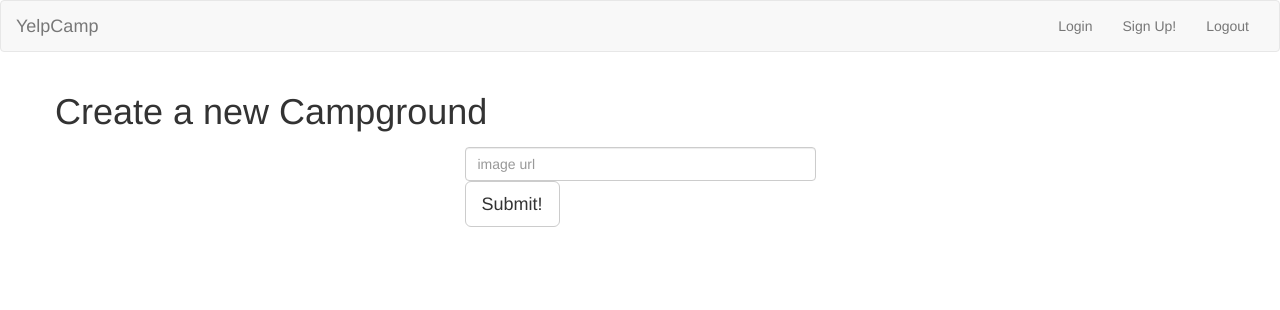
Repository: karanagg262/The-Web-Development-Bootcamp
Page: http://localhost/campgrounds/new
The author's editor kept a record of every edit. The page is drawn from the files as they stood at one moment, then again after the next edit.
The browser window is 1280 px wide. The pictures show the whole page.
The page is served by the project's Node server (yelpcamp/v1/app.js).

Above is the page before.

### Backend and full scale projects/yelpcamp/v1/views/new.ejs
<%- include("partials/header") %>
<div class="container">
    <div class="row">
        <h1>Create a new Campground</h1>
        <div style="width: 30%; margin: 0 auto;">
            <form action="/campgrounds" method="POST">
            <div class="form-group">

            </div>

            <input class="form-control" type="text" name="image" placeholder="image url">
            <button class="btn btn-lg btn-default">Submit!</button>
        </div>

</form>

    </div>
</div>
<%- include("partials/footer") %>

### Backend and full scale projects/yelpcamp/v1/views/partials/header.ejs
<!DOCTYPE html>
<html>
    <head>
        <title>Yelpcamp</title>
        <link rel="stylesheet" href="https://maxcdn.bootstrapcdn.com/bootstrap/3.3.5/css/bootstrap.min.css">
    </head>
    <body>

        <nav class="navbar navbar-default">
            <div class="container-fluid">
                <div class="navbar-header">
                    <a class="navbar-brand" href="/">YelpCamp</a>
                </div>
                <div class="collapse navbar-collapse">
                    <ul class="nav navbar-nav navbar-right">
                        <li><a href="/">Login</a></li>
                        <li><a href="/">Sign Up!</a></li>
                        <li><a href="/">Logout</a></li>
                    </ul>
                </div>
            </div>
        </nav>

### Backend and full scale projects/yelpcamp/v1/views/partials/footer.ejs

    </body>
</html>

### Backend and full scale projects/yelpcamp/v1/app.js
var express = require("express");
var app = express();
var bodyparser = require("body-parser");

app.use(bodyparser.urlencoded({extended: true}));

app.set("view engine", "ejs");
var campgrounds = [
        {name: "Salmon Creek", image: "https://farm9.staticflickr.com/8442/7962474612_bf2baf67c0.jpg"},
        {name: "Granite Hill", image: "https://farm1.staticflickr.com/60/215827008_6489cd30c3.jpg"},
        {name: "Mountain Goat's Rest", image: "https://farm7.staticflickr.com/6057/6234565071_4d20668bbd.jpg"},
        {name: "Salmon Creek", image: "https://farm9.staticflickr.com/8442/7962474612_bf2baf67c0.jpg"},
        {name: "Granite Hill", image: "https://farm1.staticflickr.com/60/215827008_6489cd30c3.jpg"},
        {name: "Mountain Goat's Rest", image: "https://farm7.staticflickr.com/6057/6234565071_4d20668bbd.jpg"},
        {name: "Salmon Creek", image: "https://farm9.staticflickr.com/8442/7962474612_bf2baf67c0.jpg"},
        {name: "Granite Hill", image: "https://farm1.staticflickr.com/60/215827008_6489cd30c3.jpg"},
        {name: "Mountain Goat's Rest", image: "https://farm7.staticflickr.com/6057/6234565071_4d20668bbd.jpg"}
];

app.get("/", function(req, res){
   res.render("landing")
});

app.get("/campgrounds", function(req,res){
       res.render("campgrounds", {campgrounds, campgrounds});
});

app.post("/campgrounds", function(req, res){
    var name = req.body.name;
    var image = req.body.image;
    var newcamp = {name: name, image: image}
    campgrounds.push(newcamp);
    //res.send("You hit the butt");
    res.redirect("/campgrounds");
});

app.get("/campgrounds/new", function(req, res) {
    res.render("new.ejs");
})

app.listen(process.env.PORT, process.env.IP, function(){
    console.log("Yelp Camp Started");
});

After the next edit:
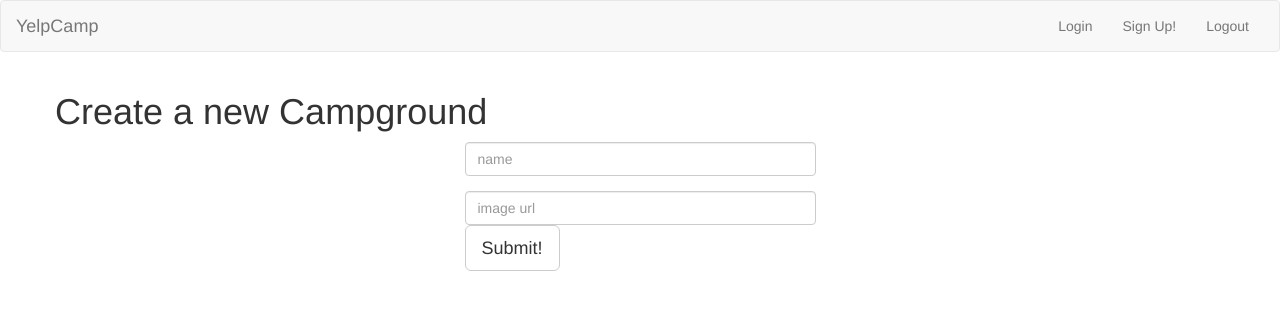
The edit:
--- a/Backend and full scale projects/yelpcamp/v1/views/new.ejs
+++ b/Backend and full scale projects/yelpcamp/v1/views/new.ejs
@@ -5,7 +5,7 @@
         <div style="width: 30%; margin: 0 auto;">
             <form action="/campgrounds" method="POST">
             <div class="form-group">
-
+                <input class="form-control" type="text" name="name" placeholder="name">
             </div>
 
             <input class="form-control" type="text" name="image" placeholder="image url">
